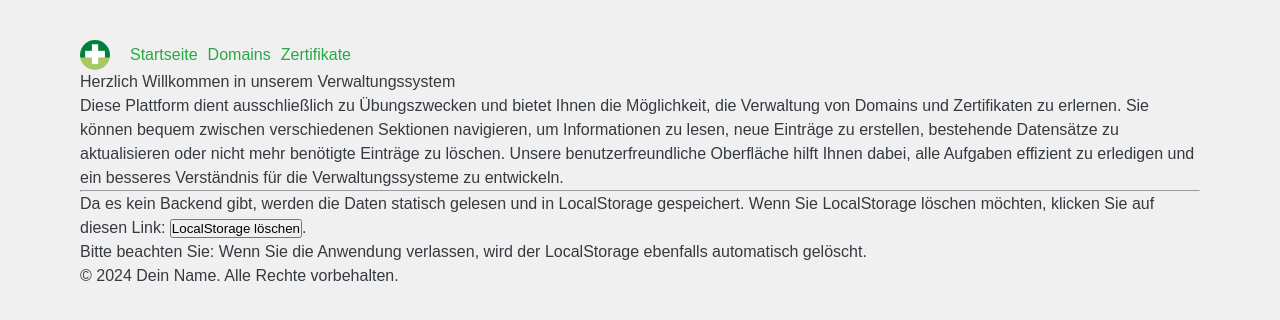
Repository: bajricadmir/verwaltungssystem-vanilla-html-css
Page: index.html
An editor plug-in stored every save of this project. The page is shown before and after the next save, followed by the edit.
The browser window is 1280 px wide. The pictures show the whole page.

Above is the page before, as saved 2024-10-14 11:02:11.

After the next save:
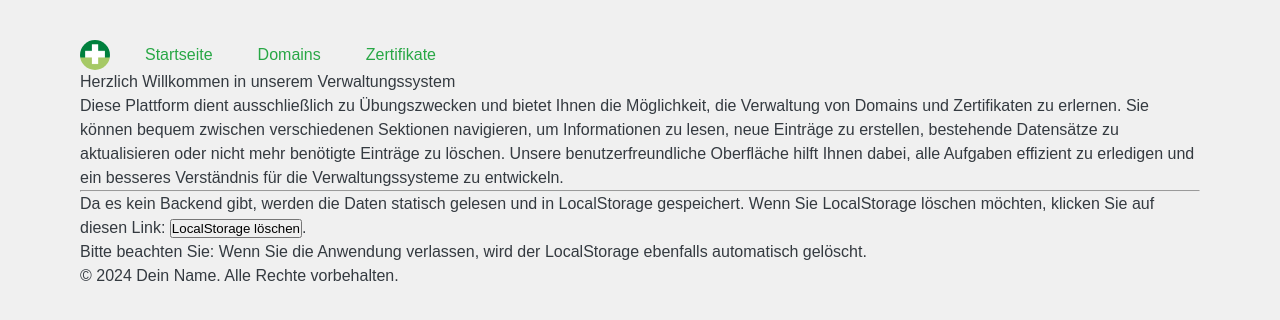
Saved 78 s later.
--- a/style.css
+++ b/style.css
@@ -29,7 +29,9 @@ body {
 }
 
 body {
-  padding: 40px 80px 0px 80px;
+  padding: 40px 80px;
+  background-color: var(--background-color);
+  color: var(--dark-color);
 }
 
 ul {
@@ -50,11 +52,6 @@ table {
   width: 100%;
 }
 
-body {
-  background-color: var(--background-color);
-  color: var(--dark-color);
-}
-
 h1,
 h2,
 h3,
@@ -72,7 +69,7 @@ h6 {
 .logo {
   width: 30px;
   height: 30px;
-  border-radius: 15px;
+  border-radius: 50%; /* Runde Form */
   margin-right: 20px;
 }
 
@@ -82,15 +79,26 @@ h6 {
 }
 
 .nav-item {
-  margin-right: 10px;
-  cursor: pointer;
+  margin-right: 15px; /* Einheitlicher Abstand */
+}
+
+.nav-item:last-child {
+  margin-right: 0; /* Entferne rechten Abstand beim letzten Element */
 }
 
 .nav-item a {
   color: var(--success-color);
   transition: color 0.3s ease;
+  padding: 10px 15px; /* Mehr Klickbereich */
+  border-radius: 5px; /* Runde Ecken für Links */
 }
 
 .nav-item a:hover {
   color: var(--success-color-hover);
+  background-color: rgba(
+    40,
+    167,
+    69,
+    0.1
+  ); /* Leichtes Highlight für den Hover */
 }
